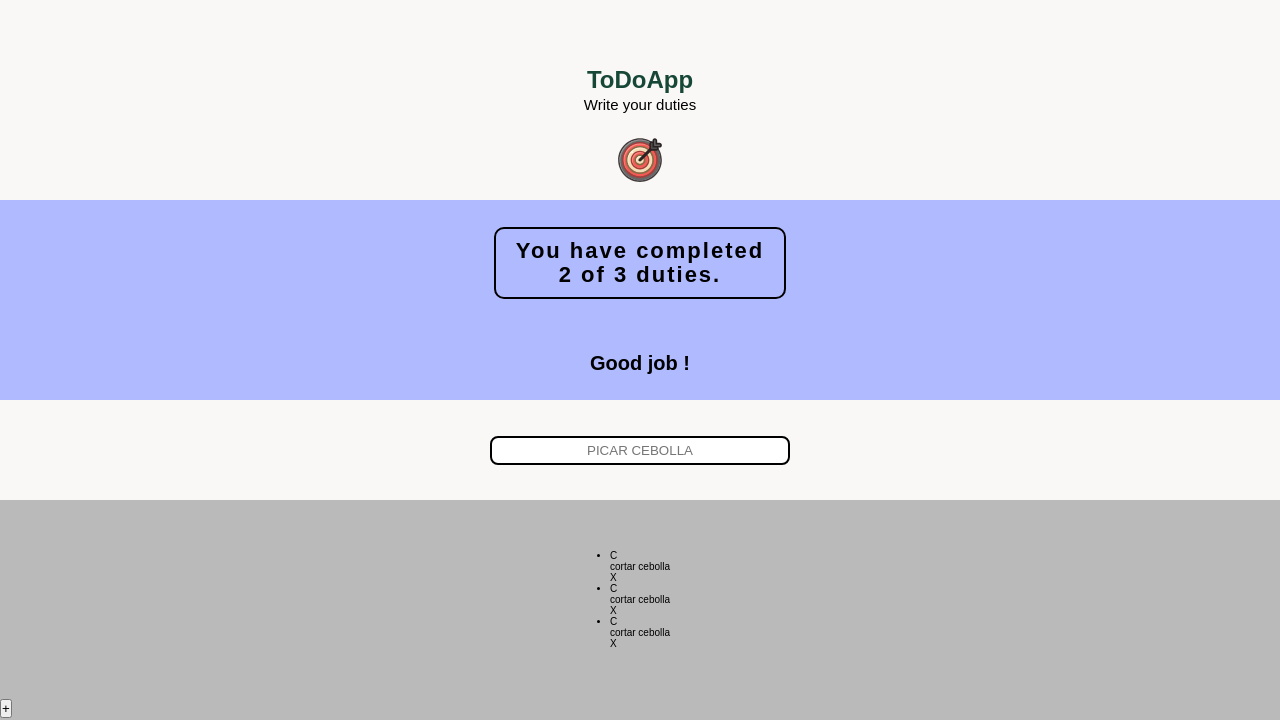
Repository: ChristianGecchelin/to-do-app
Page: /
The author's editor kept a copy of each file at every save. The page is drawn from the files as they stood at one save, then again after the next save.
The browser window is 1280 px wide. The pictures show the whole page.
The project was rebuilt for these pictures with package versions that can differ from the ones it lists, and the page was loaded fresh each time.

Above is the page before, as saved 2022-01-12 15:15:00.

### src/index.js
import React from "react";
import ReactDOM from "react-dom";
import App from "./App";
//import { ChakraProvider } from "@chakra-ui/react";
import "./index.css";

ReactDOM.render(<App />, document.getElementById("root"));

### src/App.js
import { ToDoCounter } from "./ToDoCounter";
import { ToDoSearch } from "./ToDoSearch";
import { ToDoList } from "./ToDoList";
import { CreateToDoButton } from "./CreateToDoButton";
import { ToDoItem } from "./ToDoItem";
import { Header } from "./Header";
// import './App.css';

const todos = [
  { text: "cortar cebolla", completed: false },
  { text: "cortar cebolla", completed: false },
  { text: "cortar cebolla", completed: false },
];

function App() {
  return (
    <>
      <Header />
      <ToDoCounter />
      {<ToDoSearch />}
      <ToDoList>
        {todos.map((todo) => (
          <ToDoItem key={todo.text} text={todo.text} />
        ))}
      </ToDoList>

      <CreateToDoButton />
    </>
  );
}

export default App;

### src/index.css
* {
  box-sizing: border-box;
  margin: 0;
  padding: 0;
}
html {
  font-size: 62.5%;
  font-family: "DM Sans", sans-serif;
}
body {
  background: #bababa;
}

### src/ToDoCounter.js
import "./styles/ToDoCounter.css";
function ToDoCounter() {
  return (
    <section className="counter-container">
      <div className="title-card">
        <h2 className="counter-title">
          You have completed <br />2 of 3 duties.
        </h2>
      </div>
      {/* como podria cambiar ese br? */}
      <p className="counter-congrats">Good job !</p>
    </section>
  );
}
export { ToDoCounter };
/* Modificar que sea variable la cantidad de tareas completadas, que el good job cambie cuando llevo menos de la mitad de tareas completadas. */

### src/ToDoSearch.js
import "./styles/ToDoSearch.css";
function ToDoSearch() {
  return (
    <section className="search-container">
      <input className="search-input" placeholder="Picar cebolla"></input>
    </section>
  );
}
export { ToDoSearch };

### src/ToDoList.js
import "./styles/ToDoList.css";
function ToDoList(props) {
  return (
    <section className="list-container">
      <ul> {props.children}</ul>
    </section>
  );
}
export { ToDoList };

### src/CreateToDoButton.js
function CreateToDoButton() {
  return <button>+</button>;
}
export { CreateToDoButton };

### src/ToDoItem.js
function ToDoItem(props) {
  return (
    <li className="list-item">
      <span className="check">C</span>
      <p className="text-item">{props.text}</p>
      <span className="delete">X</span>
    </li>
  );
}
export { ToDoItem };

### src/Header.js
import "./styles/header.css";
function Header() {
  return (
    <header>
      <h1>ToDoApp</h1>
      <h3>Write your duties</h3>
      <span></span>
    </header>
  );
}
export { Header };

### src/styles/ToDoCounter.css
.counter-container {
  display: flex;
  flex-direction: column;
  justify-content: space-around;
  align-items: center;
  width: 100%;
  min-width: 300px;
  height: 200px;
  margin: 0 auto;
  text-align: center;
  background: #b0bbff;
}
.title-card {
  border: 2px solid black;
  border-radius: 10px;
}
.counter-title {
  font-size: 2.2rem;
  font-weight: 700;
  line-height: 2.4rem;
  letter-spacing: 0.2rem;
  padding: 10px 20px;
}
.counter-congrats {
  font-size: 2rem;
  font-weight: 700;
  line-height: 2rem;
}

/* como funciona la especifidad en css en react? */

### src/styles/ToDoSearch.css
.search-container {
  display: flex;
  flex-direction: column;
  margin: 0 auto;
  justify-content: center;
  width: 100;
  min-width: 200px;
  height: 100px;
  text-align: center;
  background: #faf8f7;
}
.search-input {
  width: 60%;
  max-width: 300px;
  border: 2px solid black;
  border-radius: 8px;
  margin: 0 auto;
  text-align: center;
  padding: 5px 20px;
}
.search-input:focus {
  outline: none;
  border: 2px solid green;
  background: rgba(240, 239, 239, 0.7);
}
.search-input::placeholder {
  text-transform: uppercase;
}

### src/styles/ToDoList.css
.list-container {
  display: flex;
  flex-direction: column;
  justify-content: center;
  align-items: center;
  width: 100%;
  height: auto;
  padding: 50px 0;
}

### src/styles/header.css
header {
  position: relative;
  display: flex;
  flex-direction: column;
  justify-content: center;
  align-items: center;
  width: 100%;
  min-width: 320px;
  height: 200px;
  text-align: center;
  padding-bottom: 50px;
  background: #faf8f7;
}
header h1 {
  align-items: center;
  font-size: 2.4rem;
  font-weight: 700;
  line-height: 3rem;
  color: rgb(22, 71, 55);
  padding-top: 15px;
  padding-bottom: 5px;
  margin-top: 10px;
}
header h3 {
  align-items: center;
  font-size: 1.5rem;
  font-weight: 500;
  line-height: 1rem;
}
header span {
  position: absolute;
  top: 135px;
  background-image: url(../assets/header.svg);
  width: 50px;
  height: 50px;
  background-repeat: no-repeat;
  background-size: contain;
}
/*Falta completar con tipografias y colores, imagen span*/

Loaded but not shown: public/index.html (common file)

After the next save:
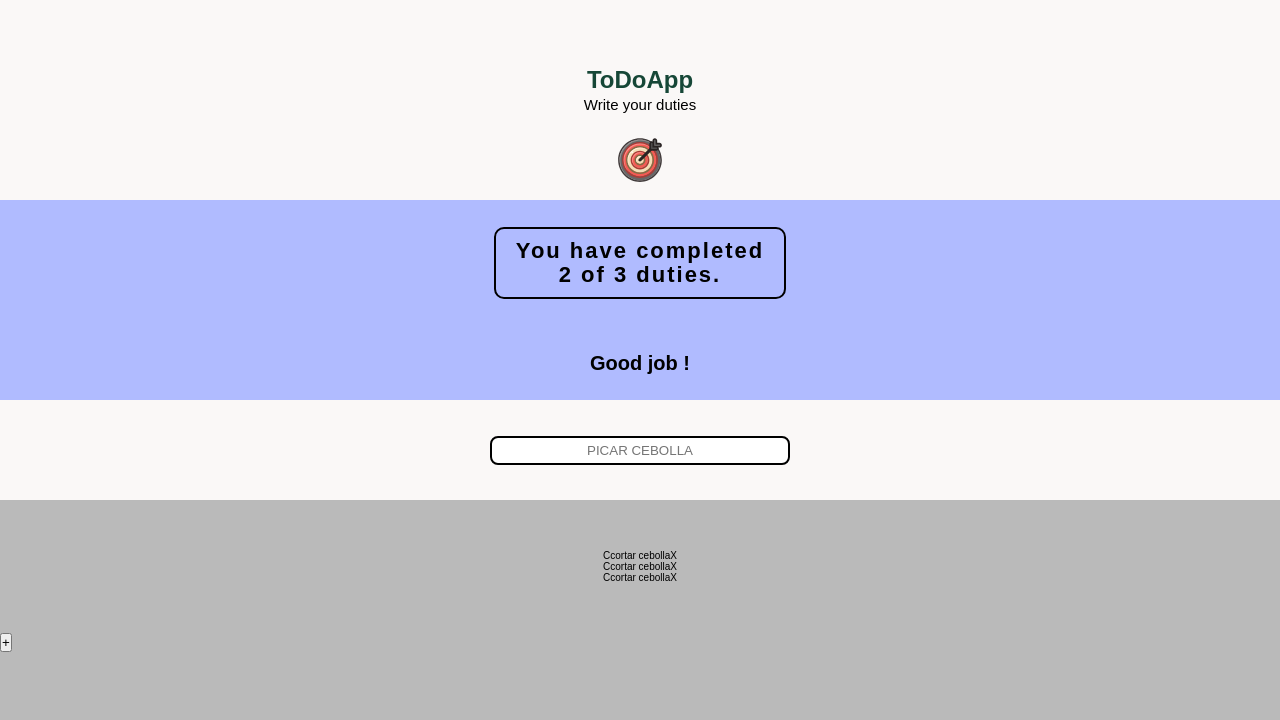
Saved 31 s later.
--- a/src/styles/ToDoList.css
+++ b/src/styles/ToDoList.css
@@ -7,3 +7,7 @@
   height: auto;
   padding: 50px 0;
 }
+.list-item {
+  display: flex;
+  flex-direction: row;
+}
